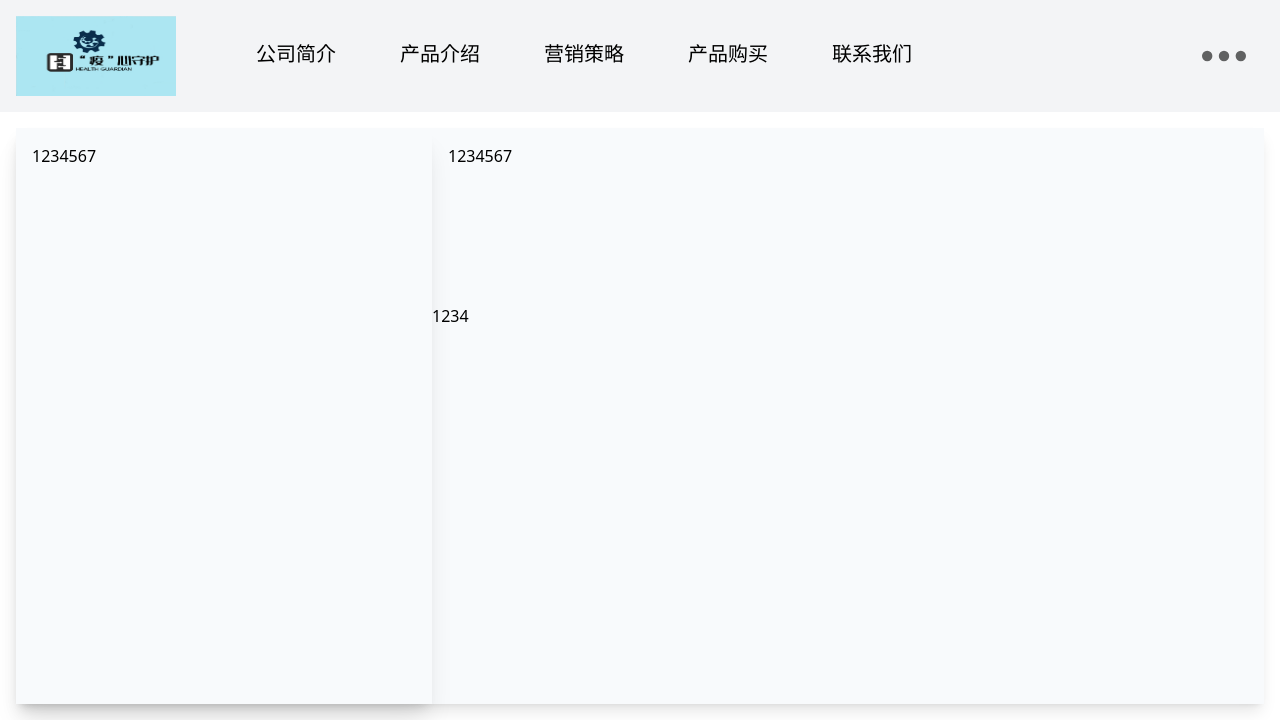
Repository: LiuRuohui/company_introduction
Page: /#/introduction
An editor plug-in stored every save of this project. The page is shown before and after a run of saves, followed by the edit.
The browser window is 1280 px wide. The pictures show the whole page.
The project was rebuilt for these pictures with package versions that can differ from the ones it lists, and the page was loaded fresh each time. Also part of the build but not shown: vite.config.js, src/components/product.vue, src/components/purchase.vue, src/components/strategy.vue, src/components/contact.vue, src/components/public.vue.

Above is the page before, as saved 2022-05-09 23:33:00.

After the next 2 saves:
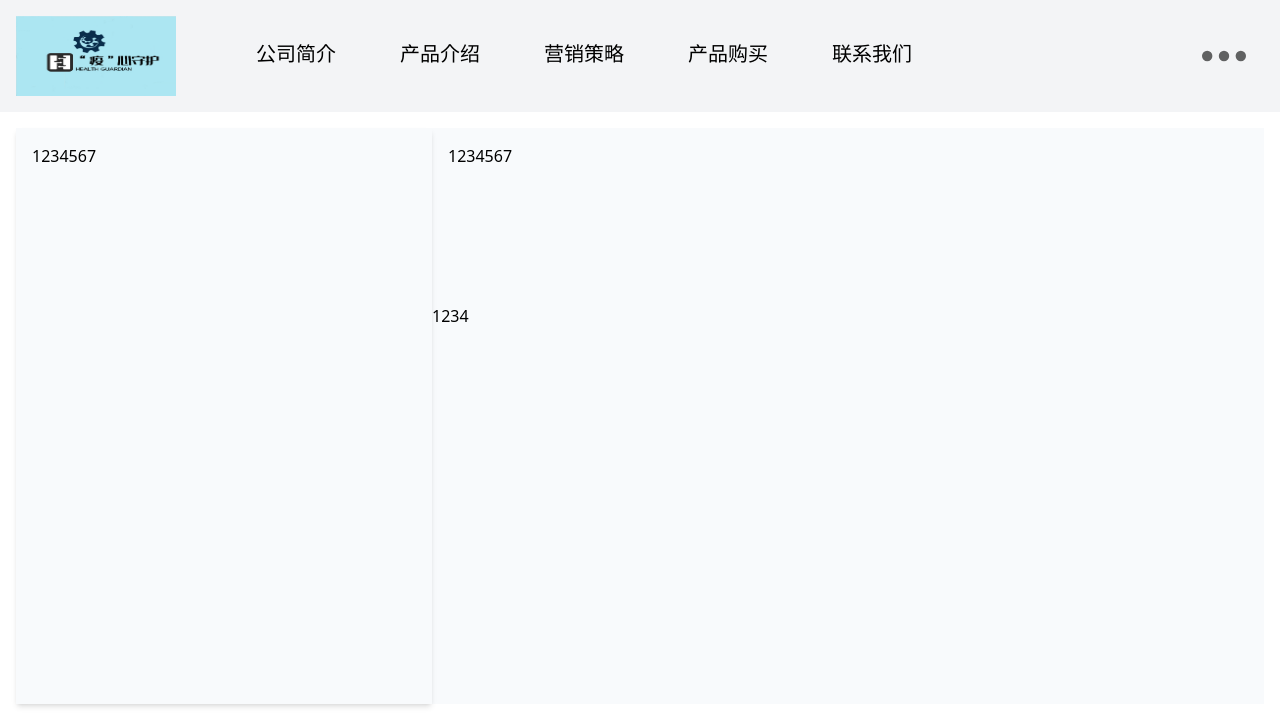
The 2 saves are shown as one change because they came seconds apart.
The last was saved 17 s later.
--- a/src/components/introduction.vue
+++ b/src/components/introduction.vue
@@ -1,8 +1,8 @@
 <script setup></script>
 
 <template>
-    <div class="w-full m-4 flex flex-row shadow-lg bg-slate-50">
-        <div class="flex h-full w-1/3 shadow-xl">
+    <div class="w-full m-4 flex flex-row bg-slate-50">
+        <div class="flex h-full w-1/3 shadow-md">
             <div class="m-4 w-full">1234567</div>
         </div>
         <div class="flex flex-grow flex-col">
